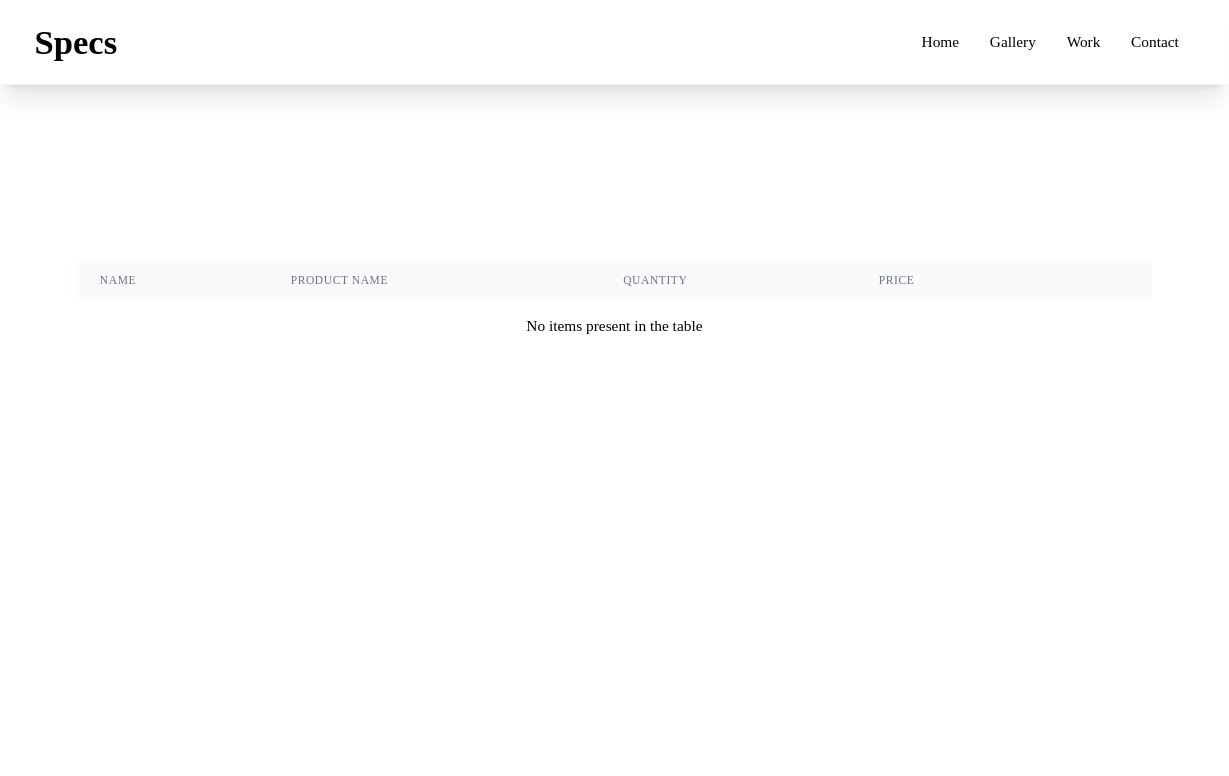
Repository: rushit163/frames-ecommerce
Page: /
The author's editor kept a copy of each file at every save. The page is drawn from the files as they stood at one save, then again after the next save.
The browser window is 1280 px wide. The pictures show the whole page, at 96% of full size.
The project was rebuilt for these pictures with package versions that can differ from the ones it lists, and the page was loaded fresh each time. The framework's server and built-in components were replaced by stand-ins that run in the browser. Also part of the build but not shown: next.config.js.

Above is the page before, as saved 2023-05-06 07:07:01.

After the next save:
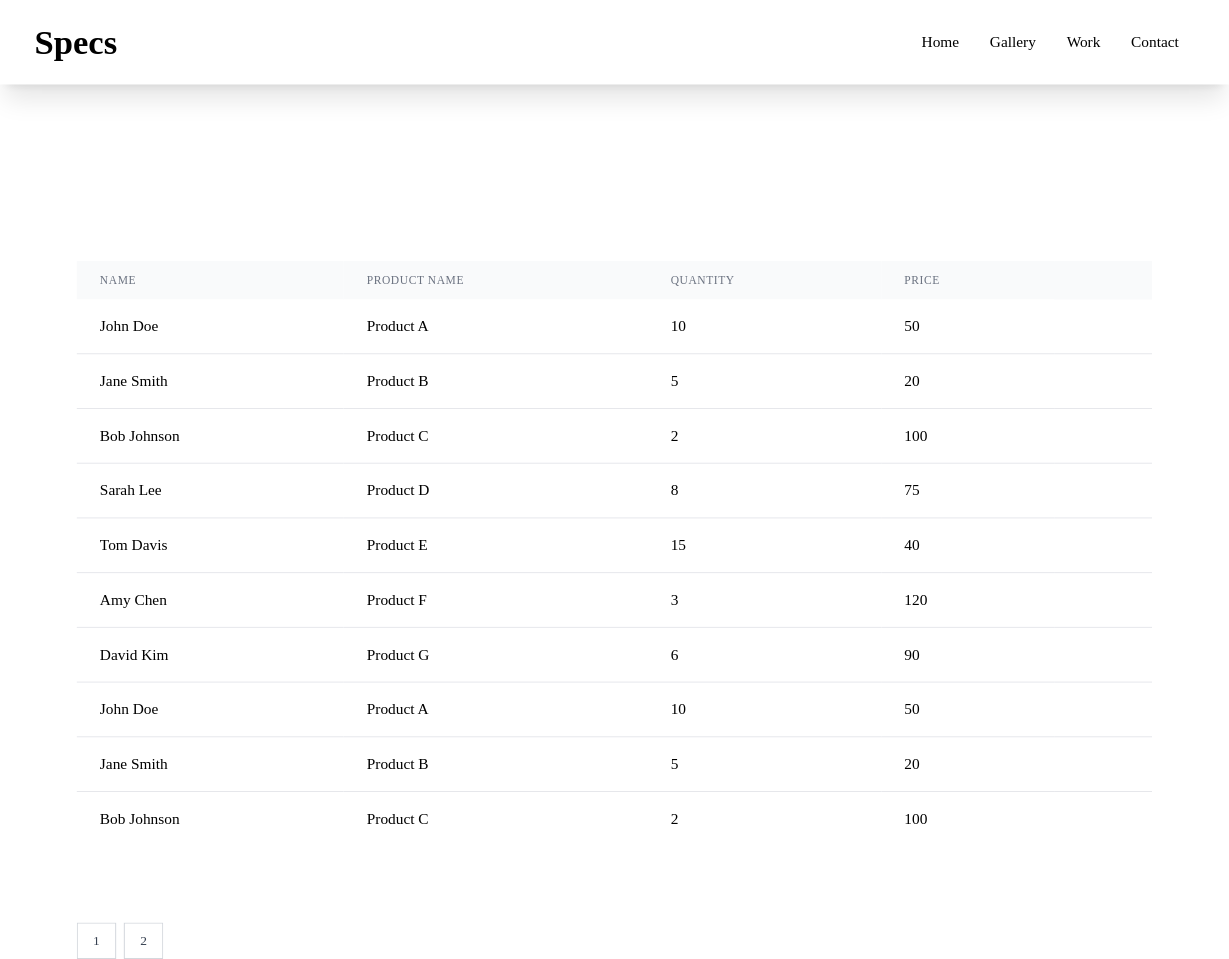
Saved 57 s later.
--- a/pages/Admin_homePage.tsx
+++ b/pages/Admin_homePage.tsx
@@ -3,7 +3,104 @@ import React from 'react';
 import { useState } from 'react';
 
 const products = [
-    //
+    {
+      id: 1,
+      name: 'John Doe',
+      productName: 'Product A',
+      quantity: 10,
+      price: 50.0
+    },
+    {
+      id: 2,
+      name: 'Jane Smith',
+      productName: 'Product B',
+      quantity: 5,
+      price: 20.0
+    },
+    {
+      id: 3,
+      name: 'Bob Johnson',
+      productName: 'Product C',
+      quantity: 2,
+      price: 100.0
+    },
+    {
+      id: 4,
+      name: 'Sarah Lee',
+      productName: 'Product D',
+      quantity: 8,
+      price: 75.0
+    },
+    {
+      id: 5,
+      name: 'Tom Davis',
+      productName: 'Product E',
+      quantity: 15,
+      price: 40.0
+    },
+    {
+      id: 6,
+      name: 'Amy Chen',
+      productName: 'Product F',
+      quantity: 3,
+      price: 120.0
+    },
+    {
+      id: 7,
+      name: 'David Kim',
+      productName: 'Product G',
+      quantity: 6,
+      price: 90.0
+    },
+    {
+      id: 8,
+      name: 'John Doe',
+      productName: 'Product A',
+      quantity: 10,
+      price: 50.0
+    },
+    {
+      id: 9,
+      name: 'Jane Smith',
+      productName: 'Product B',
+      quantity: 5,
+      price: 20.0
+    },
+    {
+      id: 10,
+      name: 'Bob Johnson',
+      productName: 'Product C',
+      quantity: 2,
+      price: 100.0
+    },
+    {
+      id: 11,
+      name: 'Sarah Lee',
+      productName: 'Product D',
+      quantity: 8,
+      price: 75.0
+    },
+    {
+      id: 12,
+      name: 'Tom Davis',
+      productName: 'Product E',
+      quantity: 15,
+      price: 40.0
+    },
+    {
+      id: 13,
+      name: 'Amy Chen',
+      productName: 'Product F',
+      quantity: 3,
+      price: 120.0
+    },
+    {
+      id: 14,
+      name: 'David Kim',
+      productName: 'Product G',
+      quantity: 6,
+      price: 90.0
+    }
   ];
 
 
